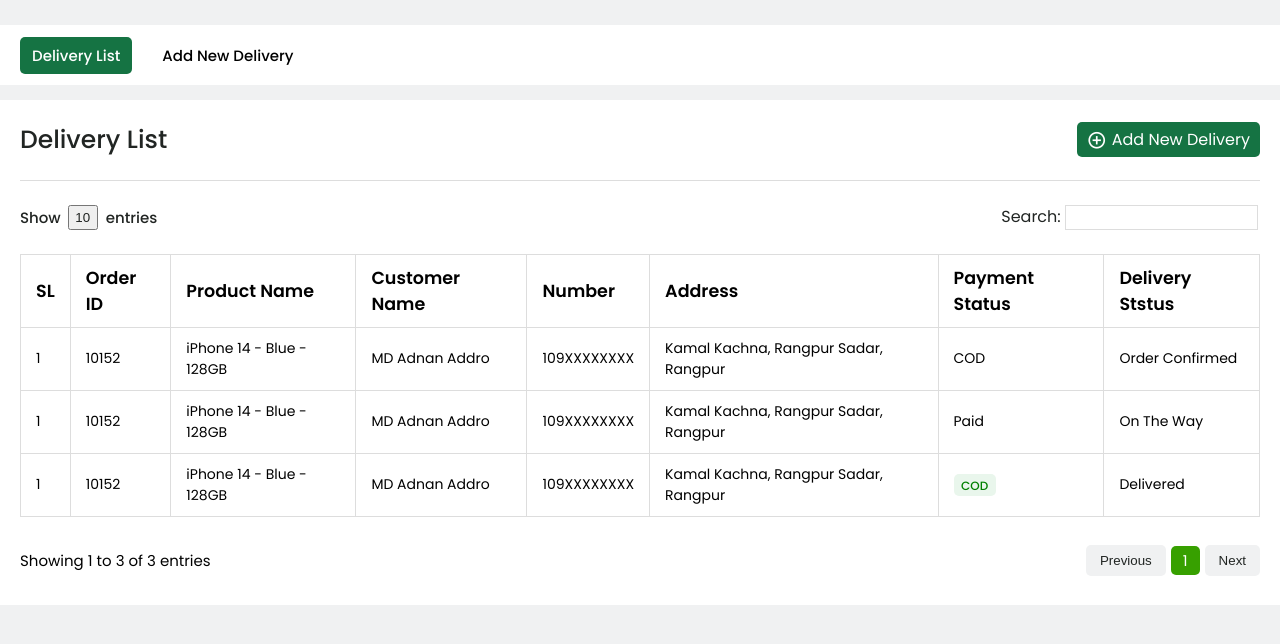
Repository: codebyaddro/delivery-page
Page: delivery.html
These files come from the project's save history. The page is drawn as it stood at one moment and after a run of saves; the edit follows.
The browser window is 1280 px wide. The pictures show the whole page.

Above is the page before, as saved 2025-02-27 14:00:37.

After the next 5 saves:
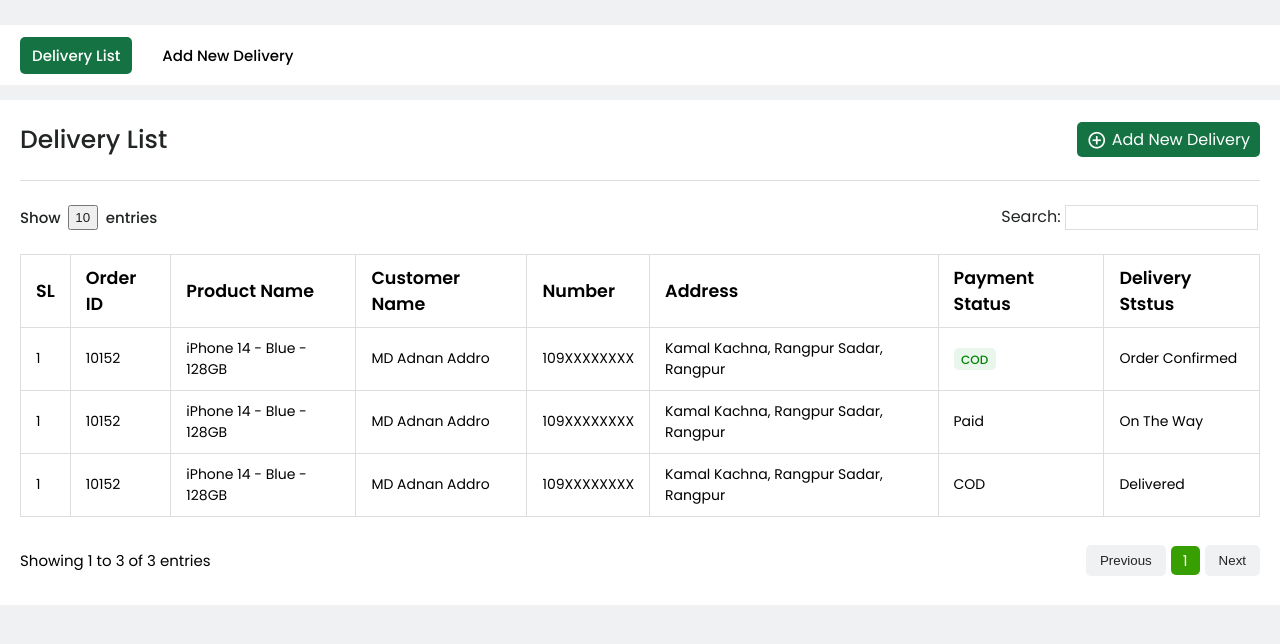
The 5 saves are shown as one change because they came seconds apart.
The last was saved 18 s later.
--- a/delivery.css
+++ b/delivery.css
@@ -218,7 +218,7 @@ tbody tr:hover {
 
 /* status style */
 
-.active {
+.ps-cod {
     color: var(--green);
     background-color: var(--light-green);
     font-size: 12px;
